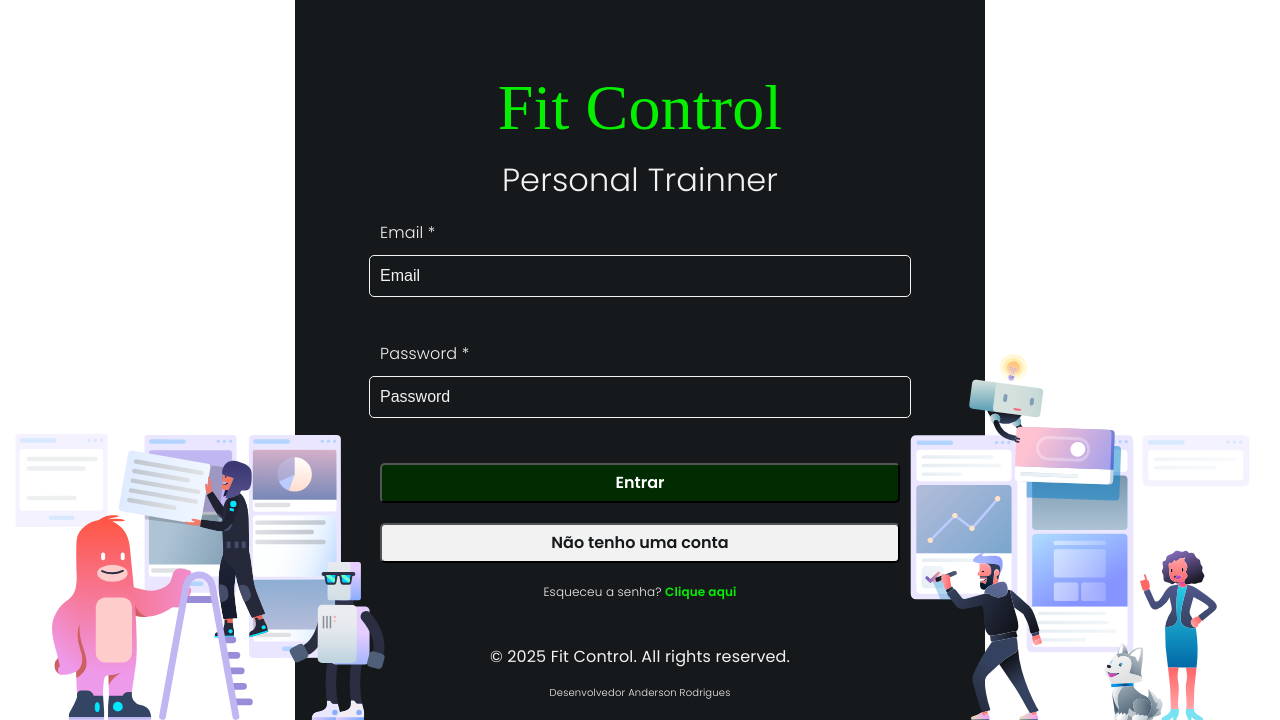
Repository: fit-control/frontend-fit-control
Page: /
The author's editor kept a copy of each file at every save. The page is drawn from the files as they stood at one save, then again after the next save.
The browser window is 1280 px wide. The pictures show the whole page.
The pointer rests on the first visible `.registerButton`.
Some web fonts or font styles are not loaded; a fallback is used. The project was rebuilt for these pictures with package versions that can differ from the ones it lists, and the page was loaded fresh each time. The framework's server and built-in components were replaced by stand-ins that run in the browser. Also part of the build but not shown: next.config.js, vite.config.ts.

Above is the page before, as saved 2025-01-18 23:03:00.

After the next save:
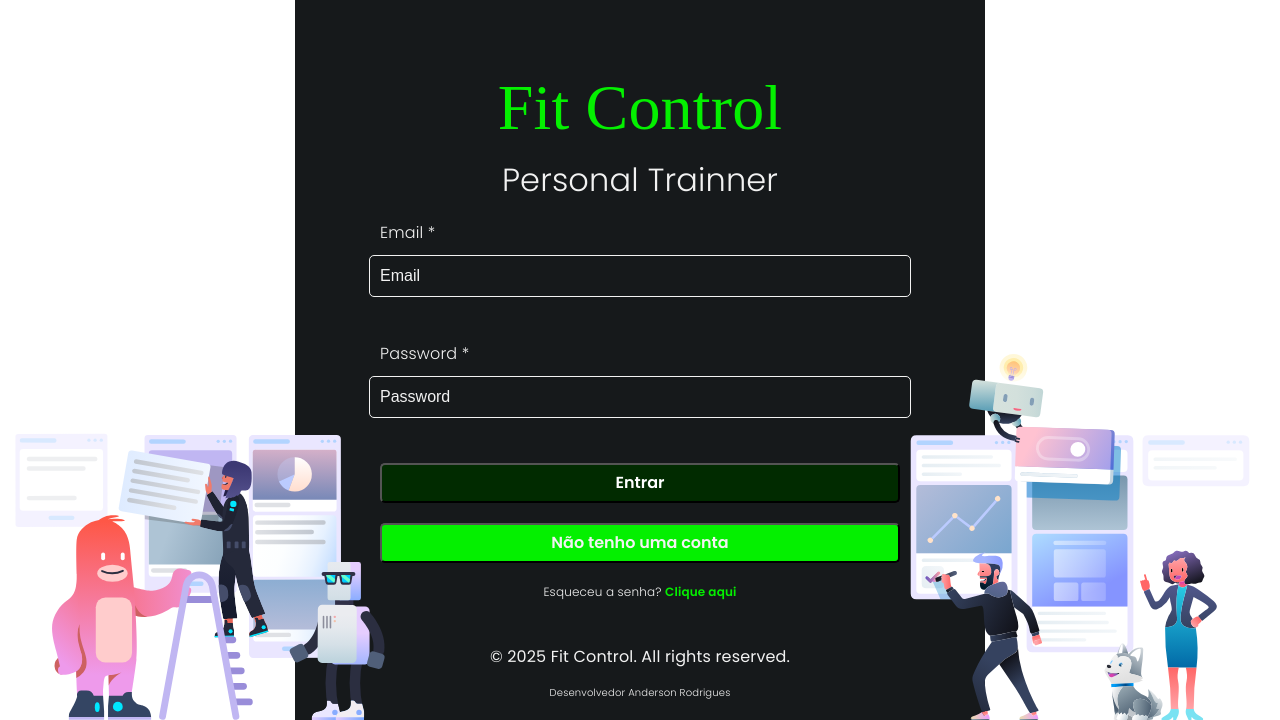
Saved 14 s later.
--- a/src/app/globals.css
+++ b/src/app/globals.css
@@ -203,6 +203,12 @@ body {
         outline: none;
         transition: all 0.3s ease;
         margin-top: 10px;
+
+      }
+      .registerButton:hover {
+        background-color: #04F000;
+        color: #F2F2F2;
+        cursor: pointer;
       }
       .registerLink {
         color: #04F000;
